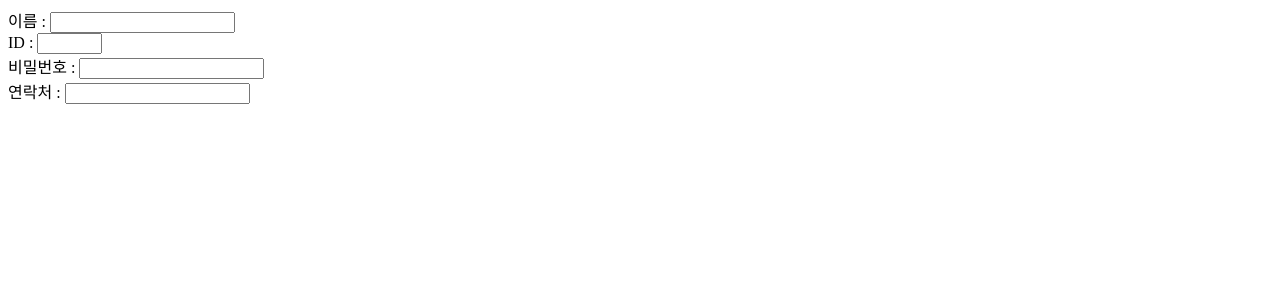
Repository: HyeogDo/Study_Java
Page: JSP/HTML/src/main/webapp/Lec07.html
An editor plug-in stored every save of this project. The page is shown before and after the next save, followed by the edit.
The browser window is 1280 px wide. The pictures show the whole page.

Above is the page before, as saved 2022-03-15 05:00:17.

After the next save:
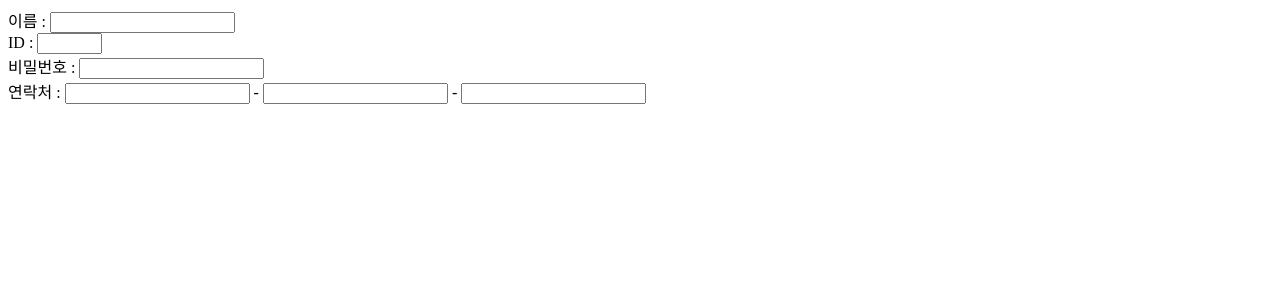
Saved 33 s later.
--- a/JSP/HTML/src/main/webapp/Lec07.html
+++ b/JSP/HTML/src/main/webapp/Lec07.html
@@ -9,7 +9,7 @@
 			이름 : <input type="text" name="userName"><br>
 			ID : <input type="text" name="userId" size="5"><br>
 			비밀번호 : <input type="password" name="userPassword"><br>
-			연락처 : <input type="text" name="userPhoneNum"><br>
+			연락처 : <input type="text" name="userPhoneNum1"> - <input type="text" name="userPhoneNum2"> - <input type="text" name="userPhoneNum3"><br>
 
 		</form>
 
